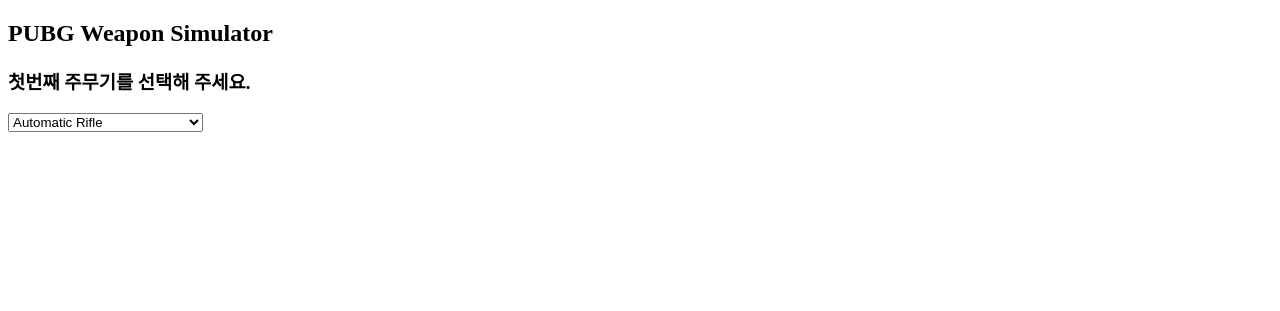
Repository: Tak-kuen/18-2
Page: http://localhost/1501163-report1/1_Start.jsp
An editor plug-in stored every save of this project. The page is shown before and after the next save, followed by the edit.
The browser window is 1280 px wide. The pictures show the whole page.
The page is served by Tomcat 9.

Above is the page before, as saved 2018-09-07 04:53:35.

After the next save:
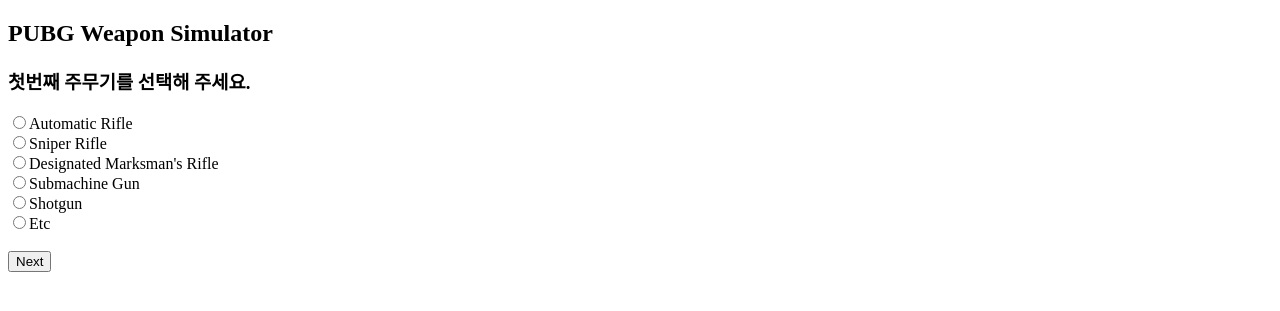
Saved 113 s later.
--- a/code/1501163-report1/WebContent/1_Start.jsp
+++ b/code/1501163-report1/WebContent/1_Start.jsp
@@ -10,14 +10,14 @@
 <h2>PUBG Weapon Simulator</h2>
 <h3>첫번째 주무기를 선택해 주세요.</h3>
 <form action="second.jsp" method="post">
-<select name="category" required>
-	<option value="ar" selected>Automatic Rifle
-	<option value="sr">Sniper Rifle
-	<option value="dmr">Designated Marksman's Rifle
-	<option value="smg">Submachine Gun
-	<option value="sg">Shotgun
-	<option value="etc">Etc
-</select><br/>
+<input name="category" type="radio" value="ar" >Automatic Rifle<br/>
+<input name="category" type="radio" value="sr">Sniper Rifle<br/>
+<input name="category" type="radio" value="dmr">Designated Marksman's Rifle<br/>
+<input name="category" type="radio" value="smg">Submachine Gun<br/>
+<input name="category" type="radio" value="sg">Shotgun<br/>
+<input name="category" type="radio" value="etc">Etc<br/>
+<br/>
+<input type="submit" value="Next">
 
 </form>
 </body>
